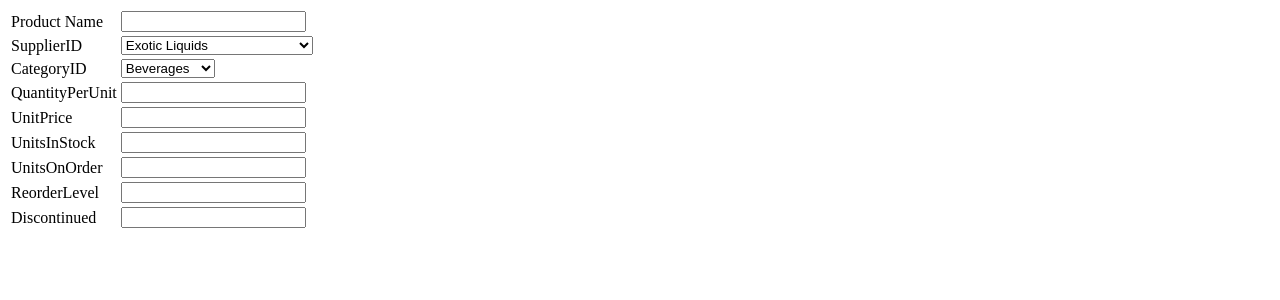
Repository: kaza1509/PRJ301
Page: SE1613/web/addProducts.html
An editor plug-in stored every save of this project. The page is shown before and after a run of saves, followed by the edit.
The browser window is 1280 px wide. The pictures show the whole page.

Above is the page before, as saved 2022-01-19 16:57:27.

After the next 2 saves:
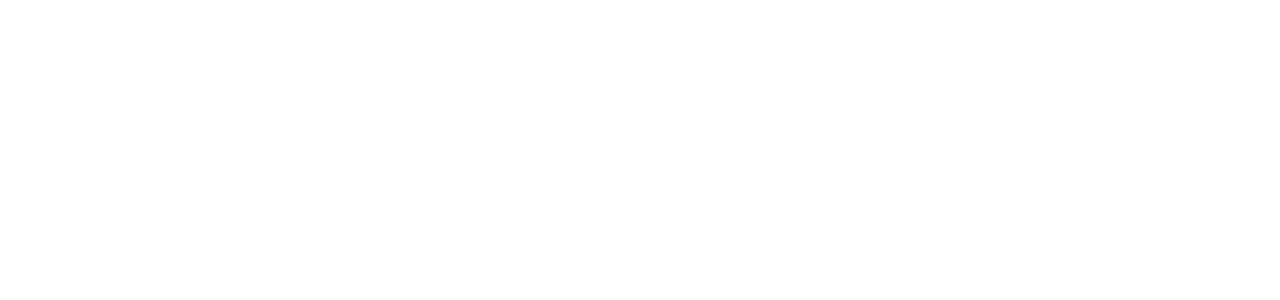
The 2 saves are shown as one change because they came seconds apart.
The last was saved 104 s later.
--- a/SE1613/web/addProducts.html
+++ b/SE1613/web/addProducts.html
@@ -7,69 +7,8 @@
         <title>Document</title>
     </head>
     <body>
-        <table>
-            <tr>
-                <td>Product Name</td>
-                <td>
-                    <input type="text" name="productName">
-                </td>
-            </tr>
-            <tr>
-                <td>SupplierID</td>
-                <td>
-                    <select name="supplierId" id="SupplierID">
-                        <option value="1">Exotic Liquids</option>
-                        <option value="2">New Orleans Cajun Delights</option>
-                        <option value="3">Grandma Kelly's Homestead</option>
-                    </select>
-                </td>
-            </tr>
-            <tr>
-                <td>CategoryID</td>
-                <td>
-                    <select name="categoryId" id="CategoryID">
-                        <option value="1">Beverages</option>
-                        <option value="2">Condiments</option>
-                        <option value="3">Confections</option>
-                    </select>
-                </td>
-            </tr>
-            <tr>
-                <td>QuantityPerUnit</td>
-                <td>
-                    <input type="text" name="quantityPerUnit">
-                </td>
-            </tr>
-            <tr>
-                <td>UnitPrice</td>
-                <td>
-                    <input type="number" name="unitPrice" id="">
-                </td>
-            </tr>
-            <tr>
-                <td>UnitsInStock</td>
-                <td>
-                    <input type="number" name="" id="">
-                </td>
-            </tr>
-            <tr>
-                <td>UnitsOnOrder</td>
-                <td>
-                    <input type="number" name="unitsInStock" id="">
-                </td>
-            </tr>
-            <tr>
-                <td>ReorderLevel</td>
-                <td>
-                    <input type="number" name="reorderLevel" id="">
-                </td>
-            </tr>
-            <tr>
-                <td>Discontinued</td>
-                <td>
-                    <input type="number" name="discontinued" id="">
-                </td>
-            </tr>
-        </table>
+
+
+
     </body>
 </html>

After the 3 saves that followed:
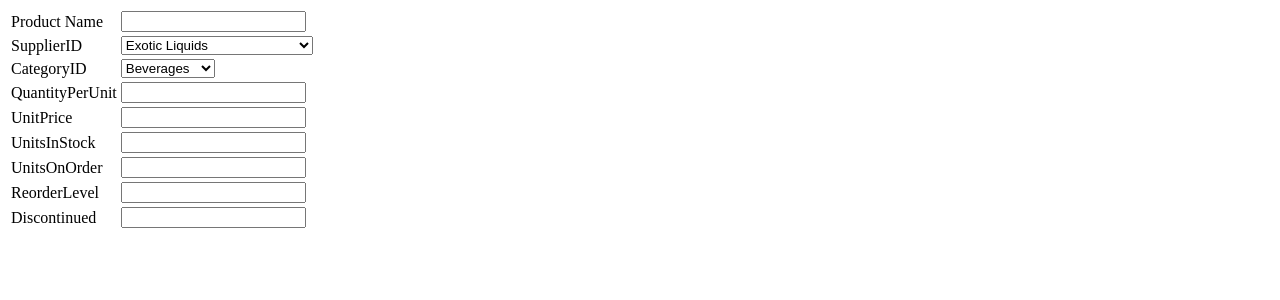
The 3 saves are shown as one change because they came seconds apart.
The last was saved 6 s later.
--- a/SE1613/web/addProducts.html
+++ b/SE1613/web/addProducts.html
@@ -8,7 +8,72 @@
     </head>
     <body>
 
-
+        <form action="">
+            <table>
+                <tr>
+                    <td>Product Name</td>
+                    <td>
+                        <input type="text" name="productName">
+                    </td>
+                </tr>
+                <tr>
+                    <td>SupplierID</td>
+                    <td>
+                        <select name="supplierId" id="SupplierID">
+                            <option value="1">Exotic Liquids</option>
+                            <option value="2">New Orleans Cajun Delights</option>
+                            <option value="3">Grandma Kelly's Homestead</option>
+                        </select>
+                    </td>
+                </tr>
+                <tr>
+                    <td>CategoryID</td>
+                    <td>
+                        <select name="categoryId" id="CategoryID">
+                            <option value="1">Beverages</option>
+                            <option value="2">Condiments</option>
+                            <option value="3">Confections</option>
+                        </select>
+                    </td>
+                </tr>
+                <tr>
+                    <td>QuantityPerUnit</td>
+                    <td>
+                        <input type="text" name="quantityPerUnit">
+                    </td>
+                </tr>
+                <tr>
+                    <td>UnitPrice</td>
+                    <td>
+                        <input type="number" name="unitPrice" id="">
+                    </td>
+                </tr>
+                <tr>
+                    <td>UnitsInStock</td>
+                    <td>
+                        <input type="number" name="" id="">
+                    </td>
+                </tr>
+                <tr>
+                    <td>UnitsOnOrder</td>
+                    <td>
+                        <input type="number" name="unitsInStock" id="">
+                    </td>
+                </tr>
+                <tr>
+                    <td>ReorderLevel</td>
+                    <td>
+                        <input type="number" name="reorderLevel" id="">
+                    </td>
+                </tr>
+                <tr>
+                    <td>Discontinued</td>
+                    <td>
+                        <input type="number" name="discontinued" id="">
+                    </td>
+                </tr>
+            </table>
+        </form>
 
     </body>
 </html>
